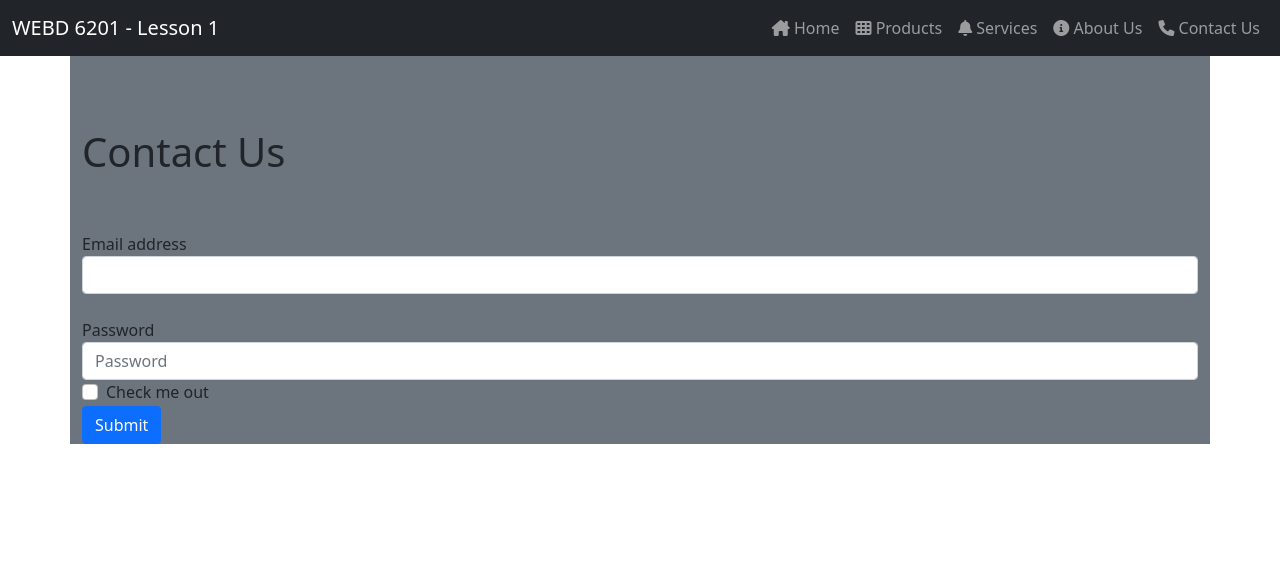
Repository: devanshudave1901/DevanshuDave_AngaranYogeswaranLab2
Page: contact.html
The author's editor kept a copy of each file at every save. The page is drawn from the files as they stood at one save, then again after the next save.
The browser window is 1280 px wide. The pictures show the whole page.

Above is the page before, as saved 2022-02-10 12:06:04.

### contact.html
<!DOCTYPE html>
<html lang="en">
  <head>
    <meta charset="UTF-8" />
    <meta http-equiv="X-UA-Compatible" content="IE=edge" />
    <meta name="viewport" content="width=device-width, initial-scale=1.0" />
    <title>Contact Us</title>
    <link
      rel="stylesheet"
      href="./node_modules/bootstrap/dist/css/bootstrap.min.css"
    />
    <link
      rel="stylesheet"
      href="./node_modules/@fortawesome/fontawesome-free/css/all.min.css"
    />
    <link rel="stylesheet" href="./Content/app.css" />
  </head>
  <body>
    <nav class="navbar navbar-expand-lg navbar-dark bg-dark">
      <div class="container-fluid">
        <a class="navbar-brand" href="#">WEBD 6201 - Lesson 1</a>
        <button
          class="navbar-toggler"
          type="button"
          data-bs-toggle="collapse"
          data-bs-target="#navbarSupportedContent"
          aria-controls="navbarSupportedContent"
          aria-expanded="false"
          aria-label="Toggle navigation"
        >
          <span class="navbar-toggler-icon"></span>
        </button>
        <div class="collapse navbar-collapse" id="navbarSupportedContent">
          <ul class="navbar-nav ms-auto">
            <li class="nav-item active">
              <a class="nav-link" aria-current="page" href="./index.html"
                ><i class="fa-solid fa-house-chimney"></i> Home</a
              >
            </li>

            <li class="nav-item">
              <a class="nav-link" href="./products.html"
                ><i class="fa-solid fa-th"></i> Products</a
              >
            </li>
            <li class="nav-item">
              <a class="nav-link" href="./services.html"
                ><i class="fa-solid fa-bell"></i> Services</a
              >
            </li>
            <li class="nav-item">
              <a class="nav-link" href="./about.html">
                <i class="fa-solid fa-circle-info"></i> About Us</a
              >
            </li>
            <li class="nav-item">
              <a class="nav-link" href="./contact.html">
                <i class="fa-solid fa-phone"></i> Contact Us</a
              >
            </li>
          </ul>
        </div>
      </div>
    </nav>
    <div class="jumbotron bg-secondary container" id="contentArea">
      <br />
      <br />
      <br />
      <h1 id="contactId">Contact Us</h1>
      <br />
      <br />

      <form>
        <div class="form-group">
          <label for="exampleInputEmail1"> Email address</label>
          <input type="email" class="form-control" id="exampleInputEmail1" />
        </div>
        <br />
        <div class="form-group">
          <label for="exampleInputPassword1">Password</label>
          <input
            type="password"
            class="form-control"
            id="exampleInputPassword1"
            placeholder="Password"
            rows="3"
          />
        </div>
        <div class="form-check">
          <input type="checkbox" class="form-check-input" id="exampleCheck1" />
          <label class="form-check-label" for="exampleCheck1"
            >Check me out</label
          >
        </div>
        <button type="submit" class="btn btn-primary">Submit</button>
      </form>
    </div>
    <!-- 3RD Party Library-->
    <script src="./node_modules/jquery/dist/jquery.min.js"></script>
    <script src="./node_modules/bootstrap/dist/js/bootstrap.min.js"></script>
  </body>
</html>

### Content/app.css
.Contactform {
  padding: 100px 90px 550px 400px;
}

.formInputBox {
  padding-left: 60px;
  margin: 8px 0;
  border: dashed;
  box-sizing: border-box;
}

.contactId {
  padding: 40px;
}

Loaded but not shown: node_modules/bootstrap/dist/css/bootstrap.min.css (library); node_modules/@fortawesome/fontawesome-free/css/all.min.css (library); node_modules/jquery/dist/jquery.min.js (library); node_modules/bootstrap/dist/js/bootstrap.min.js (library)

After the next save:
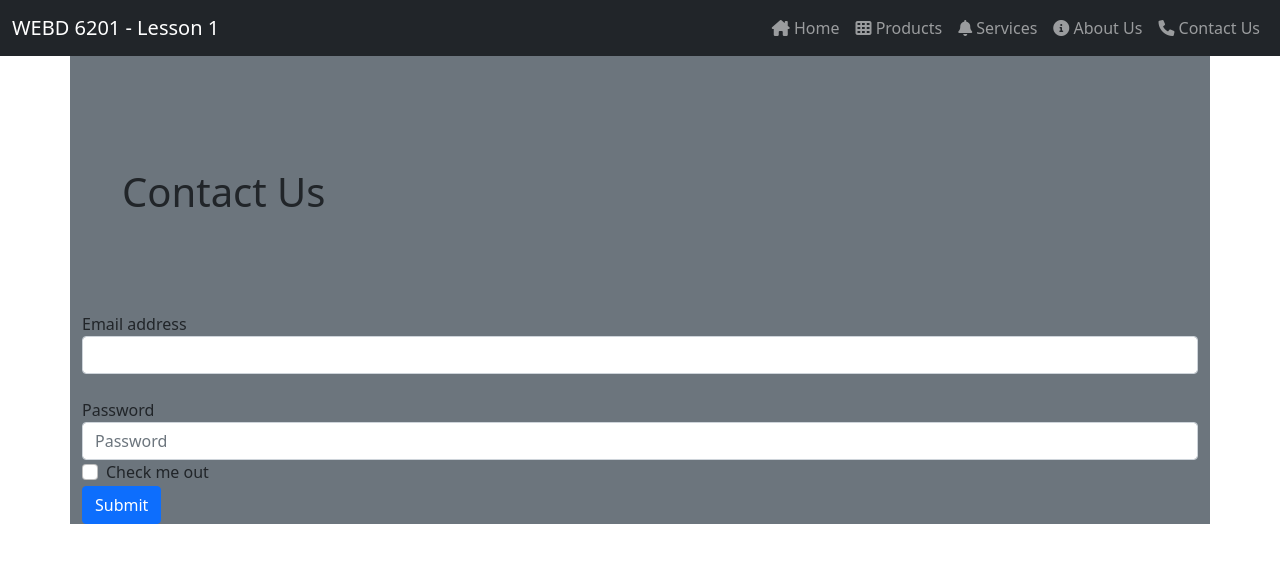
Saved 52 s later.
--- a/Content/app.css
+++ b/Content/app.css
@@ -9,6 +9,6 @@
   box-sizing: border-box;
 }
 
-.contactId {
+#contactId {
   padding: 40px;
 }

After the 2 saves that followed:
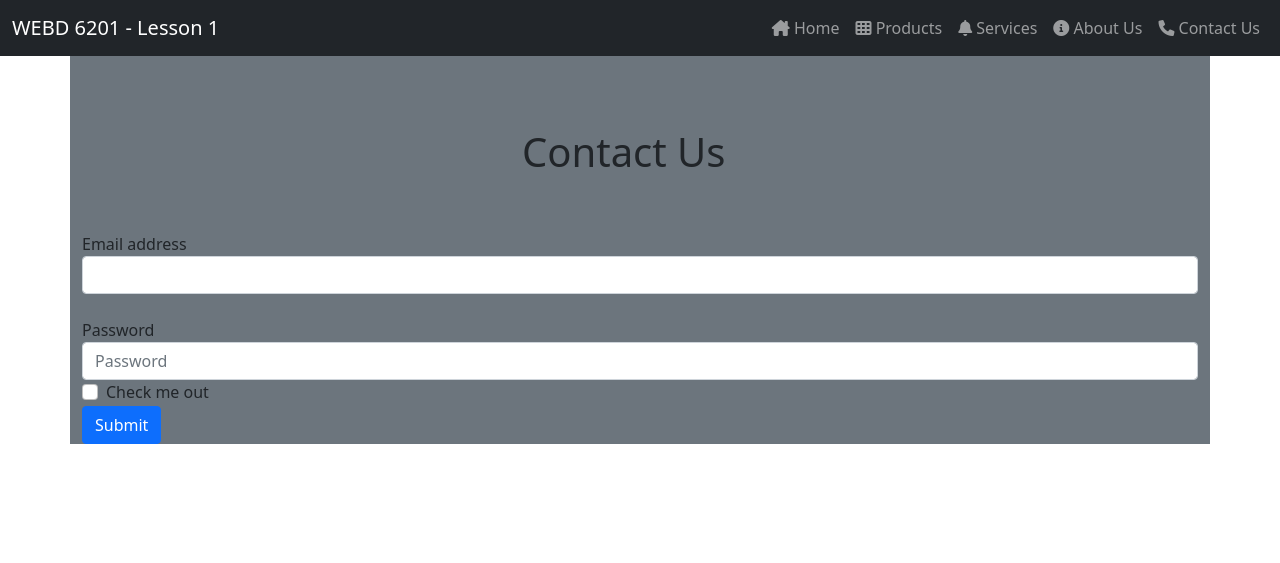
The 2 saves are shown as one change because they came seconds apart.
The last was saved 10 s later.
--- a/Content/app.css
+++ b/Content/app.css
@@ -10,5 +10,5 @@
 }
 
 #contactId {
-  padding: 40px;
+  padding-left: 440px;
 }
